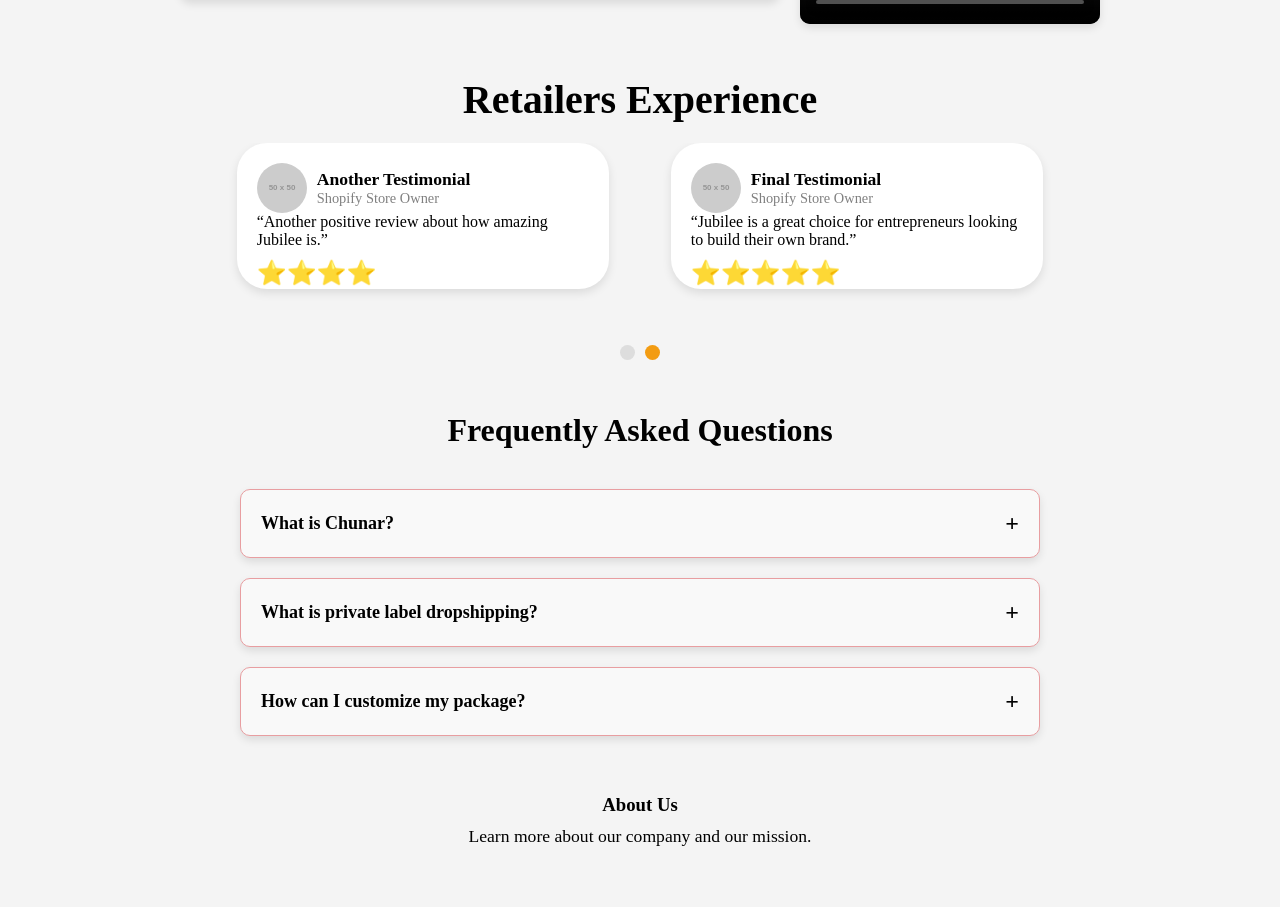
Repository: Nn-Exe/chunar-ecommerce
Page: / (app in ecommerce-frontend/)
These files come from the project's save history. The page is drawn as it stood at one moment and after the next save; the edit follows.
The browser window is 1280 px wide. The pictures show the part of the page from y = 1232 to 2139 px (the page is 2139 px tall).
Pictures or frames that could not be fetched are drawn as grey boxes. The page's requests for data from a server got no answer. The project was rebuilt for these pictures with package versions that can differ from the ones it lists, and the page was loaded fresh each time. No one was signed in, and anything a server would have sent is missing. Also part of the build but not shown: ecommerce-frontend/src/components/SocialMedia.js.

Above is the page before, as saved 2024-09-12 12:57:08.

After the next save:
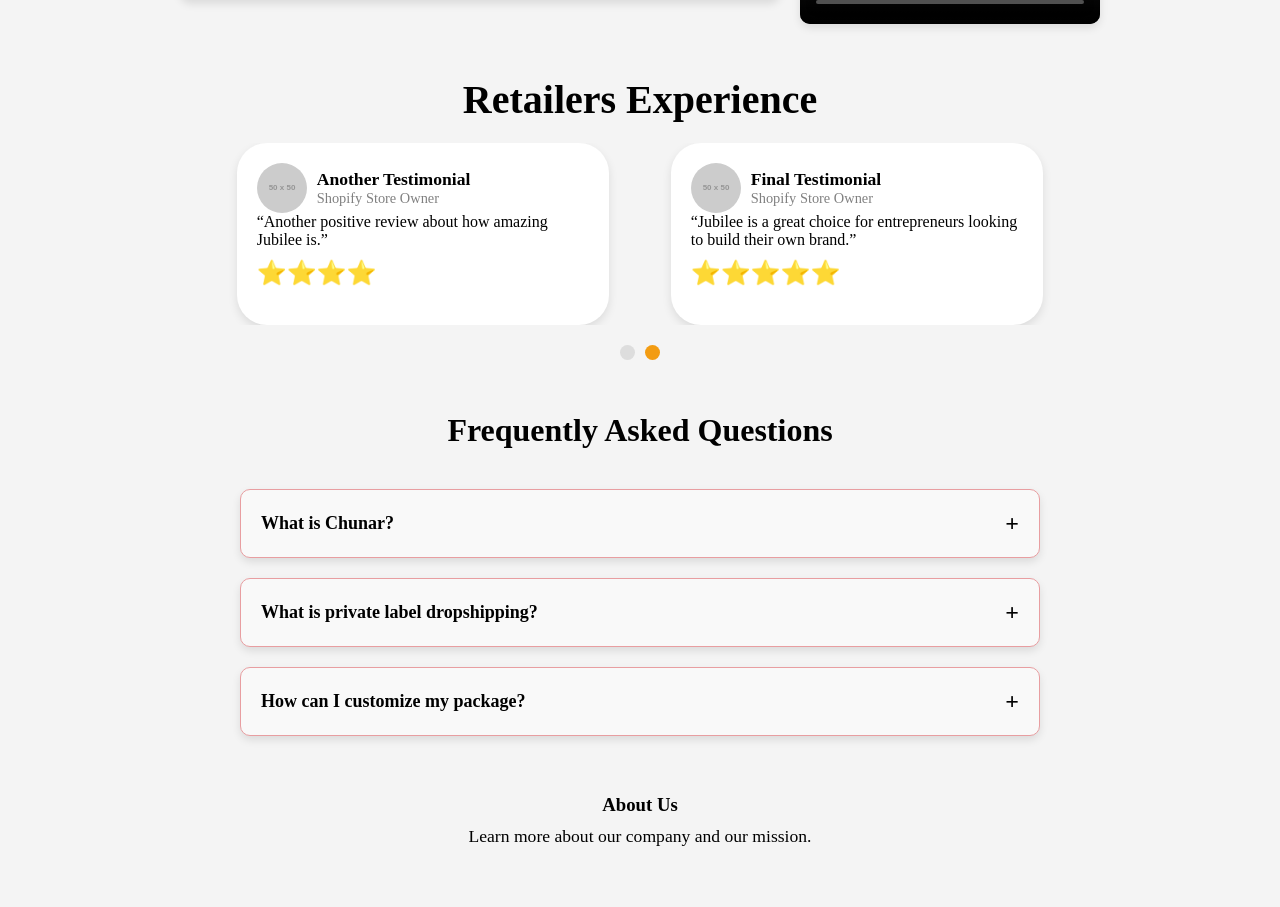
Saved 59 s later.
--- a/ecommerce-frontend/src/App.css
+++ b/ecommerce-frontend/src/App.css
@@ -278,7 +278,7 @@ nav ul li a {
   text-align: left;
   margin: 0 auto;
   width: 90%;
-  height: 80%;
+  height: 100%;
   position: center;
   border-color: #e89ea1;
 }
